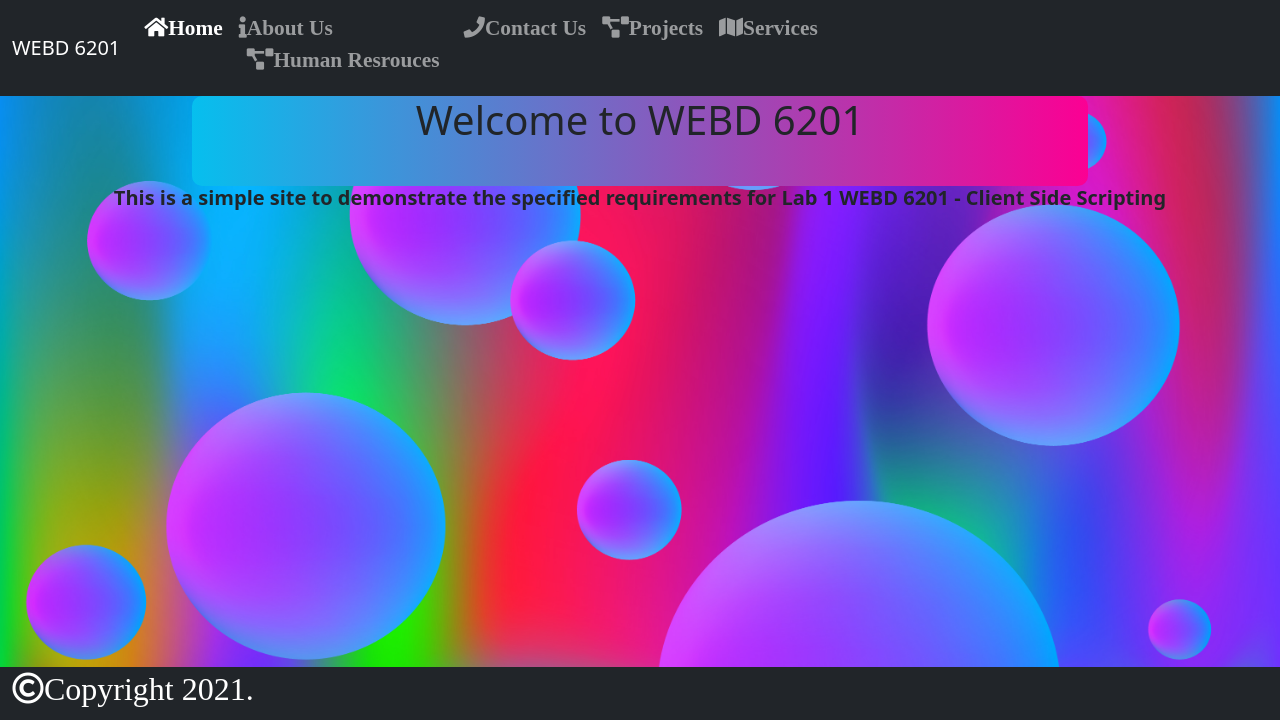
Repository: vans12345678/WEBD6201-W2021-Lab1
Page: index.html
An editor plug-in stored every save of this project. The page is shown before and after a run of saves, followed by the edit.
The browser window is 1280 px wide. The pictures show the whole page.

Above is the page before, as saved 2021-02-04 18:33:37.

After the next 2 saves:
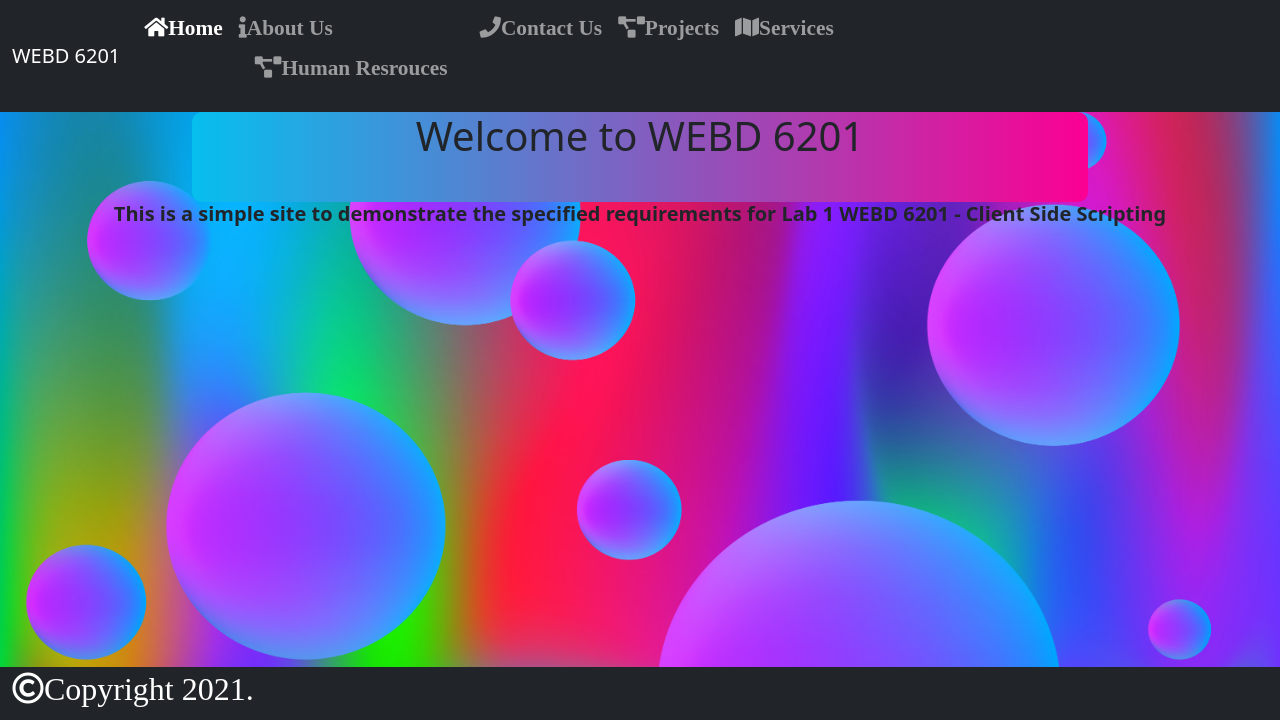
The 2 saves are shown as one change because they came seconds apart.
The last was saved 59 s later.
--- a/Scripts/app.js
+++ b/Scripts/app.js
@@ -21,6 +21,7 @@
         let navAboutElement = document.getElementById("navAbout");
         let hrListItem = document.createElement("li");
         hrListItem.setAttribute("id", "navHumanResources");
+        hrListItem.setAttribute("class", "nav-link");
         let navbar = document.getElementById("ulNav").appendChild(hrListItem);
         hrListItem.innerHTML = `<a class="nav-link" aria-current="page" href="human-resources.html"><i id ="navHumanResources" class ="fas fa-project-diagram fa-lg">Human Resrouces</i></a>`;
         navAboutElement.after(hrListItem);

After the save that followed:
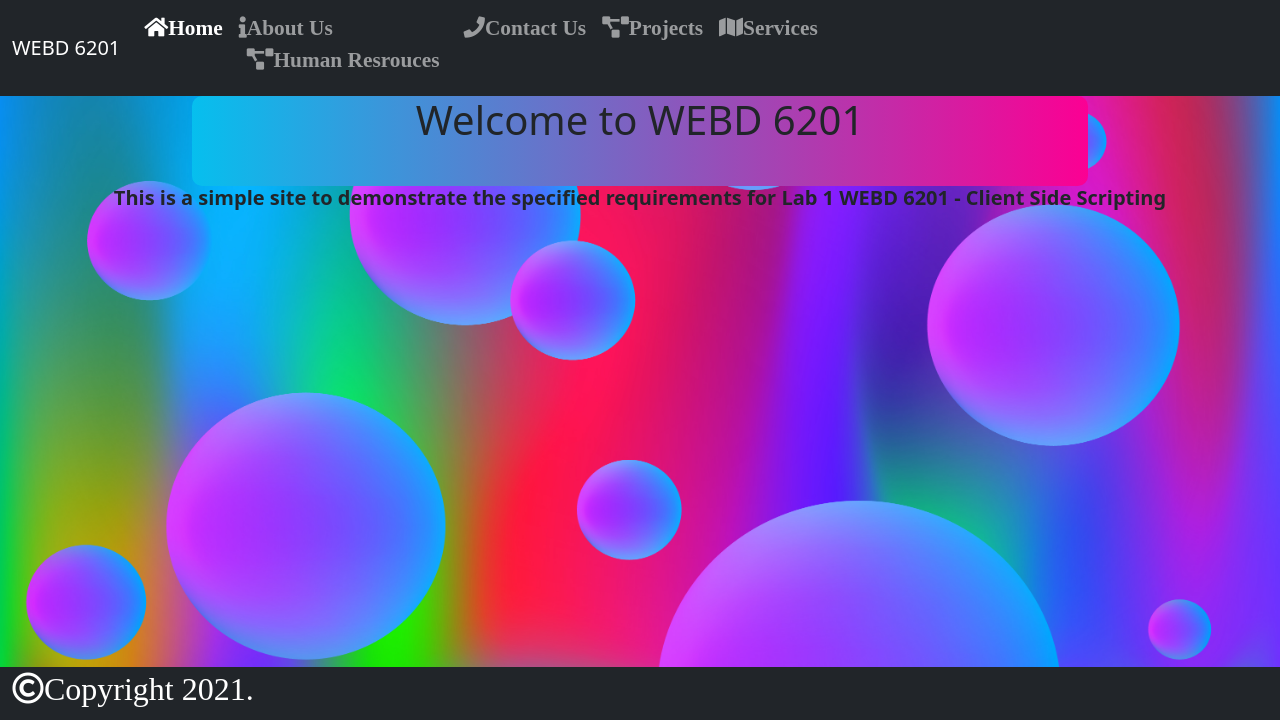
Saved 33 s later.
--- a/Scripts/app.js
+++ b/Scripts/app.js
@@ -21,7 +21,7 @@
         let navAboutElement = document.getElementById("navAbout");
         let hrListItem = document.createElement("li");
         hrListItem.setAttribute("id", "navHumanResources");
-        hrListItem.setAttribute("class", "nav-link");
+        hrListItem.setAttribute("class", "nav-item");
         let navbar = document.getElementById("ulNav").appendChild(hrListItem);
         hrListItem.innerHTML = `<a class="nav-link" aria-current="page" href="human-resources.html"><i id ="navHumanResources" class ="fas fa-project-diagram fa-lg">Human Resrouces</i></a>`;
         navAboutElement.after(hrListItem);
